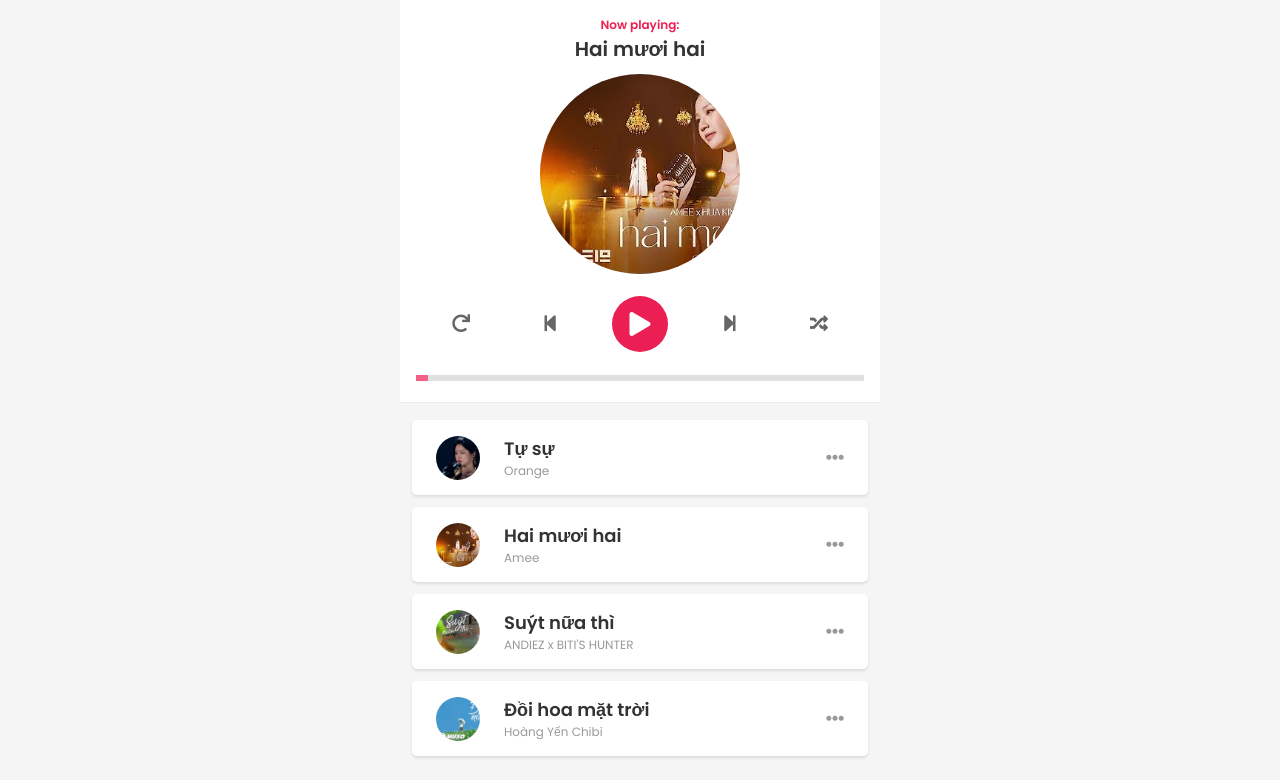
Repository: tannv3201/learn_JS_F8
Page: Example/Music player/index.html
An editor plug-in stored every save of this project. The page is shown before and after the next save, followed by the edit.
The browser window is 1280 px wide. The pictures show the whole page.
After loading, the first visible `div.btn-next` was clicked once.

Above is the page before, as saved 2022-08-17 13:19:15.

After the next save:
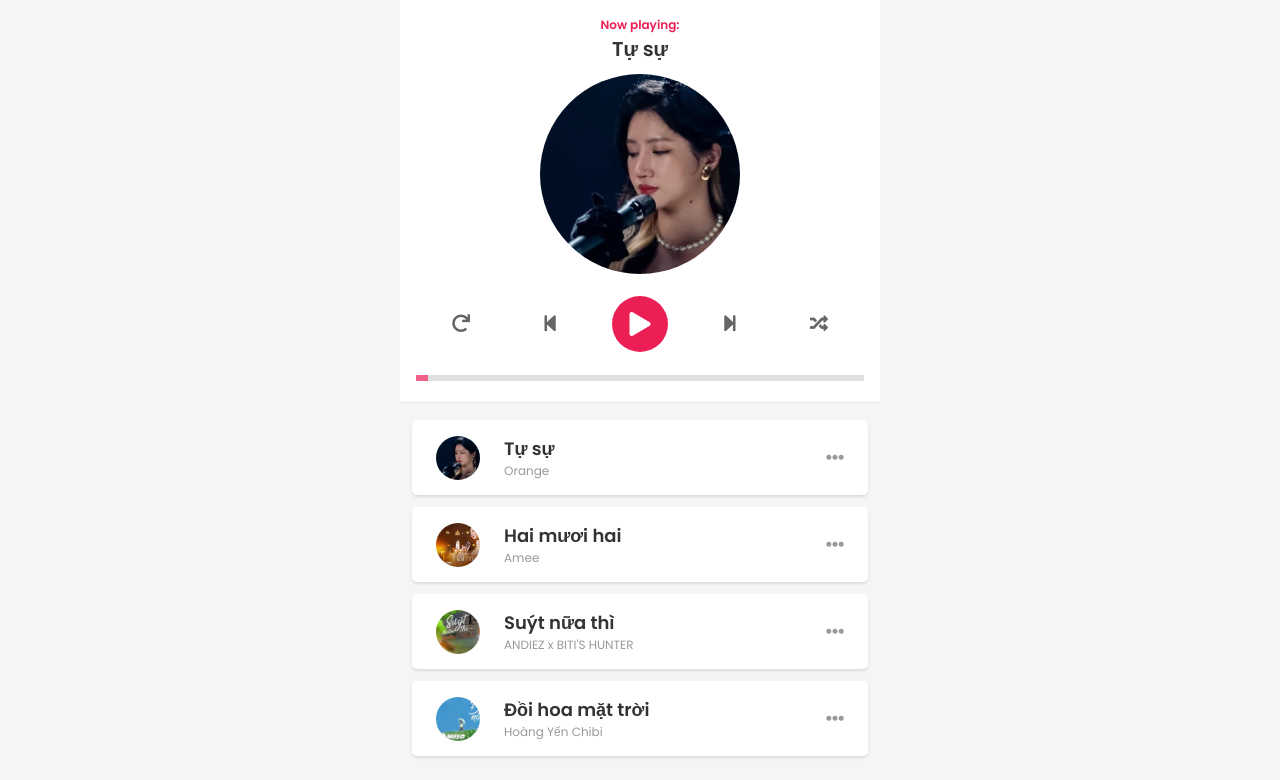
Console error: TypeError: _this.isRandom is not a function
Saved 43 s later.
--- a/Example/Music player/main.js
+++ b/Example/Music player/main.js
@@ -147,6 +147,10 @@
 
         // Next bài
         nextBtn.onclick = function () {
+            if (_this.isRandom()) {
+                _this.playRandomSong()
+
+            }
             _this.nextSong();
             audio.play();
         }

After the 3 saves that followed:
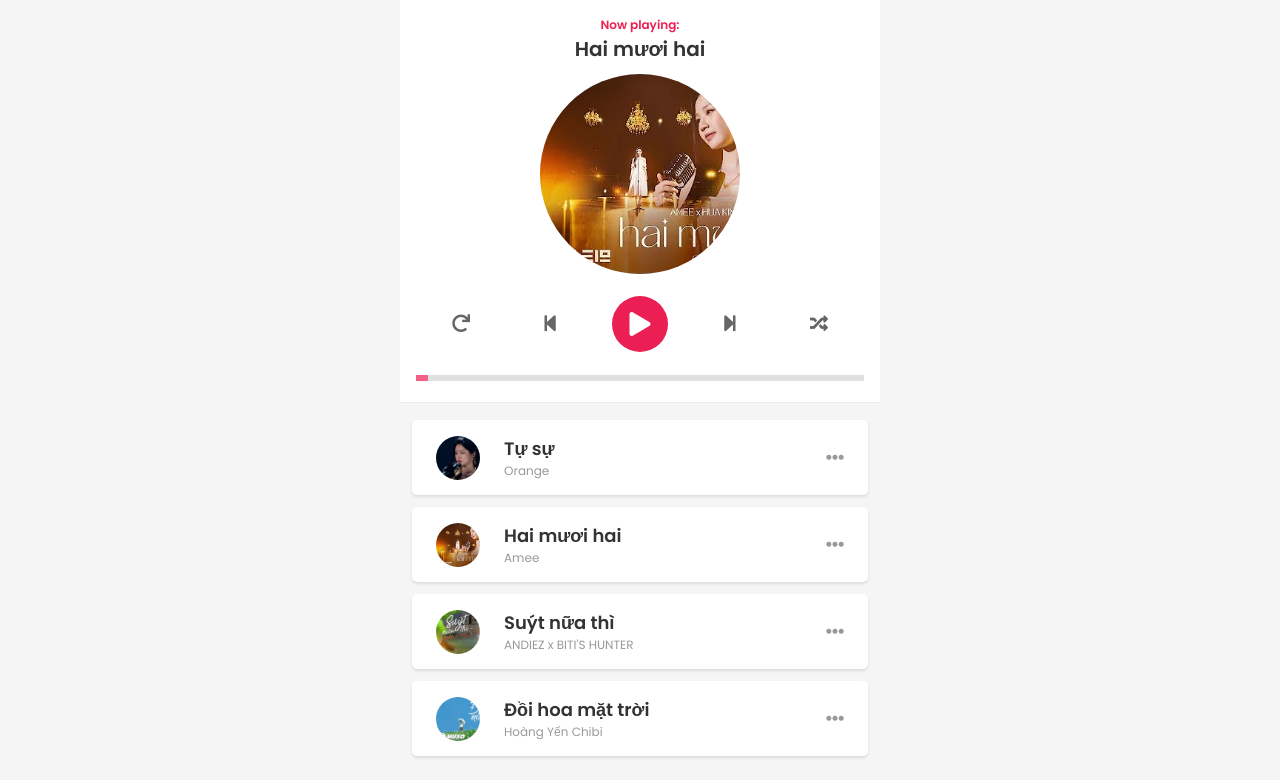
The error is gone.
The 3 saves are shown as one change because 1 left the picture as it was and some came seconds apart.
The last was saved 86 s later.
--- a/Example/Music player/main.js
+++ b/Example/Music player/main.js
@@ -147,11 +147,12 @@
 
         // Next bài
         nextBtn.onclick = function () {
-            if (_this.isRandom()) {
+            if (_this.isRandom) {
                 _this.playRandomSong()
-
-            }
-            _this.nextSong();
+            }
+            else {
+                _this.nextSong();
+            }
             audio.play();
         }
 
